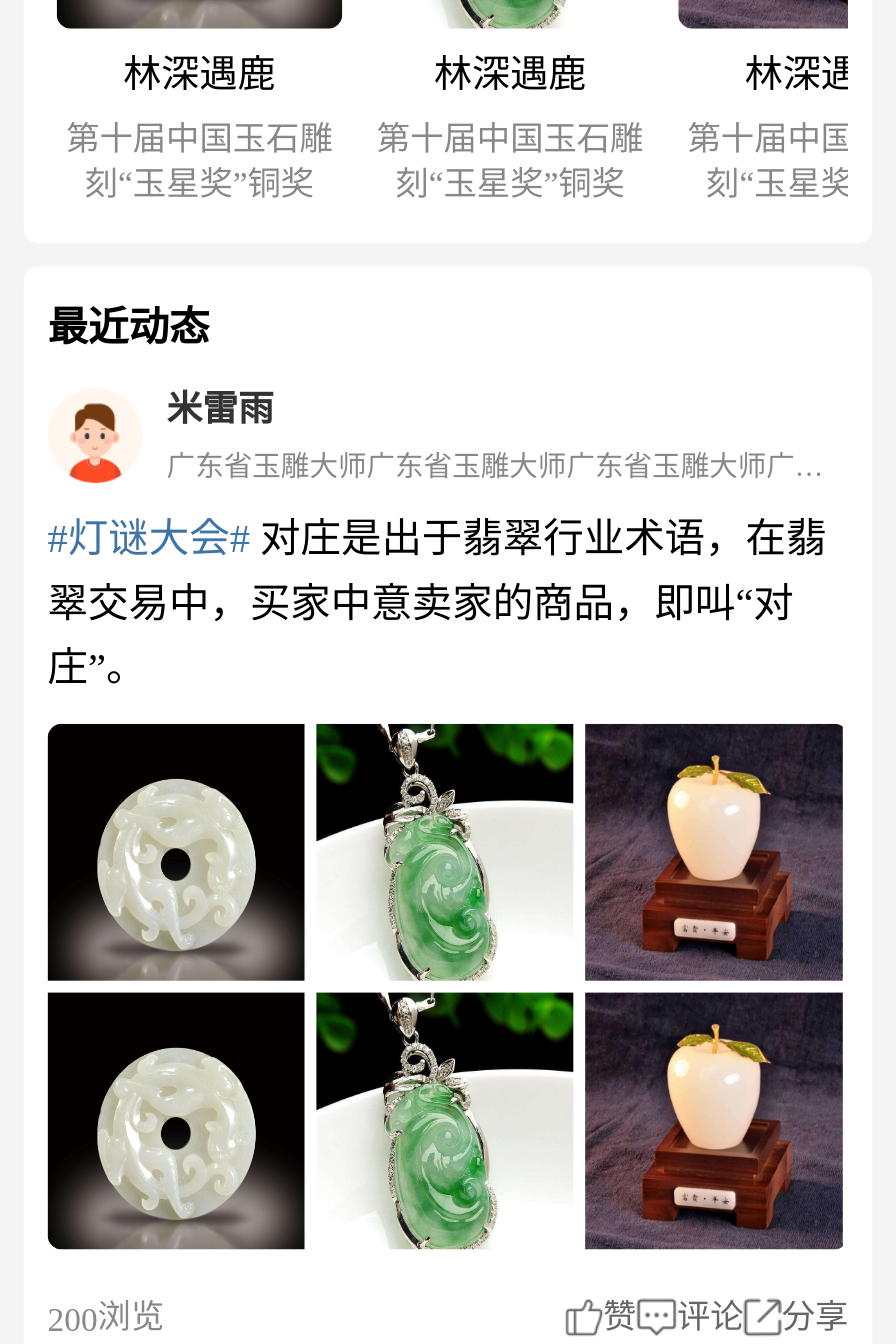
Repository: 1yanglulu/-
Page: html/jadecarvemaincenter.html
These files come from the project's save history. The page is drawn as it stood at one moment and after the next save; the edit follows.
The browser window is 1280 px wide. The pictures show the part of the page from y = 4580 to 6500 px (the page is 6957 px tall), at 70% of full size.

Above is the page before, as saved 2020-01-08 17:37:55.

### html/jadecarvemaincenter.html
<!DOCTYPE html>
<html lang="en">
<head>
  <meta charset="UTF-8">
  <meta name="viewport" content="width=device-width, user-scalable=no, initial-scale=1.0, maximum-scale=1.0, minimum-scale=1.0">
  <meta http-equiv="X-UA-Compatible" content="ie=edge">
  <title>玉雕师详情</title>
  <link rel="stylesheet" href="../css/common.css">
  <link rel="stylesheet" href="../js/swiper4.1.0/swiper-4.1.0.min.css">
  <link rel="stylesheet" href="../css/jadecarvemaincenter.css">
  <link rel="stylesheet" href="../css/jadehomepage.css">
  <link rel="stylesheet" href="../css/recentactive.css">
</head>
<body class="bac-color">
  <div class="jade-main-center  bac-color">
    <div class="top-banner">
      <img src="../images/mainbac.png" alt="" class="banner-bac">
    </div>
    <div class="avatar-box">
      <img src="../images/defaultImg.png" alt="" class="default-img">
      <div class="btn-box fn">
        <a href="javascript:void(0);" class="self-made">私人定制</a>
        <div class="follow-btn"><span class="add-icon">+</span>关注</div>
      </div>
      <div class="jade-name">
        米雷雨
      </div>
      <div class="jade-introduce fn">
        <img src="../images/vipicon.png" alt="vip" class="vip-icon">
        <span class="touxian">广东省玉石雕刻大师、中华玉雕高级师、广东省工艺美术师</span>
      </div>
      <div class="jade-hot-num">
        <span class="for-num">100</span>关注<span class="for-num">100</span>粉丝<span class="for-num">10992</span>收到的赞
      </div>
    </div>
    <div class="jade-tab clearfix">
      <div class="jade-tab-item fl  fn">
        <span>主页</span>
        <div class="tab-line"></div>
      </div>
      <div class="jade-tab-item fl  fn">
        <span>动态</span>
        <div class="tab-line"></div>
      </div>
      <div class="jade-tab-item fl  fn">
        <span>玉雕作品</span>
        <div class="tab-line"></div>
      </div>
      <div class="jade-tab-item fl  fn">
        <span>评价定制</span>
        <div class="tab-line"></div>
      </div>
    </div>
    <div id="home-page-con">
    </div>
    <div class="active-page-con">
    </div>
    <div class="jade-works-page-con">
    </div>
    <div class="jade-comment-made-page-con">
    </div>
    <div class="for-app-btn">
      <div class="inner-for-app-btn">打开APP查看更多内容</div>
    </div>
    <div class="download-app-tip">
      <img src="../images/logo.png">
      <span>打开对庄翡翠，查看更多玉雕师信息</span>
      <div>立即前往</div>
    </div>
  </div>
  <script src="../js/jquery-3.3.1.min.js"></script>
  <script src="../js/rem.js"></script>
  <!-- <script src="../js/swiper4.1.0/swiper-4.1.0.min.js"></script> -->
  <script>
    $(document).ready(function(){
  　　$("#home-page-con").load("./jadehomepage.html",function () {
        var sc =  document.createElement("script");
        sc.src= "../js/swiper4.1.0/swiper-4.1.0.min.js";
        $("body").append(sc);
        var mySwiper = new Swiper('.swiper-container', {
          autoplay: false,//可选选项，自动滑动
          slidesPerView: 2.6,
          spaceBetween: 10,
        })
      })
      $(".active-page-con").load("./recentactive.html")
    });
  </script>
  <script src="../js/jadecarvemaincenter.js"></script>
</body>
</html>

### css/common.css
h2,body,div,html,ul,li,a,img{
  margin: 0;
  padding: 0;
}
a,img{
  display:block;
}
.fn{
  font-size:0;
}
ul{
  margin-block-start: 0;
  margin-block-end: 0;
  padding-inline-start: 0;
}
ul li{
  list-style: none;
}
a{
  text-decoration: none;
}
.clearfix:after{/*伪元素是行内元素 正常浏览器清除浮动方法*/
  content: "";
  display: block;
  height: 0;
  clear:both;
  visibility: hidden;
}
.clearfix{
  *zoom: 1;/*ie6清除浮动的方式 *号只有IE6-IE7执行，其他浏览器不执行*/
}
.fl{
  float: left;
}
.fr{
  float:right;
}
.bac-color{
  /* background:rgb(248,248,248); */
  background: #f5f5f5;
}
.visible{
  overflow: visible;
}
.hidden{
  overflow: hidden;
}

### css/jadecarvemaincenter.css
.jade-main-center{
  width: 100%;
}
.top-banner{
  background: #fff;
}
.banner-bac{
  width: 100%;
  height: 4.2rem;
  display: block
}
.default-img{
  width: 1.6rem;
  height: 1.6rem;
}
.avatar-box{
  position: relative;
  background: #fff;
}
.default-img{
  position: absolute;
  left:.1rem;
  top:-.6rem;

}
.avatar-box{
  padding:0 .2rem 0.3rem;
}
.btn-box{
  text-align: right;
  padding: .3rem 0;
}
.self-made{
  display: inline-block;
  padding: 0 .24rem;
  text-align: center;
  line-height: .62rem;
  border: 1px solid #00C17B;
  border-radius:.33rem;
  background: #fff;
  font-size: .28rem;
  color: #00C17B;
  margin-right: .2rem;
}
.follow-btn{
  width: 1.6rem;
  height: .62rem;
  text-align: center;
  background: #00C17B;
  border-radius:.33rem;
  font-size: .28rem;
  color: #FFFFFF;
  display: inline-block;
}
.add-icon{
  font-size: .4rem;
  color: #FFFFFF;
  margin-right: .1rem;
}
.jade-name{
  font-size: .48rem;
  color: #333333;
  line-height: .58rem;
  text-align: left;
  margin-top: .08rem;
  font-weight: bold;
  margin-bottom: .3rem;
  background: #fff;
}
.jade-introduce{
  margin-bottom: .3rem;
  background: #fff;
}
.vip-icon{
  width: .32rem;
  height: .32rem;
  display: inline-block;
  margin-right: .1rem;
  vertical-align: middle;
}
.touxian{
  font-size: .32rem;
  color: #000000;
  line-height: .5rem;
  vertical-align: middle;
}
.jade-hot-num{
  font-size: .24rem;
  color: #888888;
  text-align: center;
  text-align: left;
  background: #fff;
}
.jade-hot-num .for-num{
  font-size: .36rem;
  color: #00C17B;
  text-align: center;
  font-weight: bold;
  margin-left: .3rem;
  vertical-align: bottom;
  line-height: 0.36rem;
  margin-right: .06rem;
}
.jade-hot-num .for-num:first-child{
  margin-left: 0;
}
.jade-tab{
  height: 1rem;
}
.jade-tab .jade-tab-item{
  width: 25%;
  height: 100%;
  text-align: center;
  padding-top: 0.2rem;
  box-sizing: border-box;
}
.jade-tab .jade-tab-item>span{
  display: block;
  height: 0.48rem;
  text-align: center;
  line-height: .48rem;
  margin-bottom: .08rem;
  font-size: .34rem;
  color: #666666;
}
.tab-line{
  width: .5rem;
  height: .05rem;
  background: #00C17B;
  display: inline-block;
}
.active-style{
  color:#00C17B
}
#home-page-con{
  padding:0 .2rem;
}
/*最近动态*/
.active-page-con{
  padding: 0 .2rem;
}
/*去往app提示按钮*/
.for-app-btn{
  padding: .2rem 0;
}
.inner-for-app-btn{
  width: 3.5rem;
  height: .7rem;
  line-height: 0.7rem;
  text-align: center;
  font-size: .28rem;
  color: #00C17B;
  border: 1px solid #00C17B;
  border-radius: .35rem;
  margin: 0 auto;
}
/*底部前往app固定弹窗提示*/
.download-app-tip{
  padding: .2rem;
  display: -webkit-box;
  display: -ms-flexbox;
  display: -webkit-flex;
  display: flex;
  -webkit-box-pack: center;
  -ms-flex-pack: center;
  -webkit-justify-content: center;
  justify-content: center;
  -webkit-box-align: center;
  -ms-flex-align: center;
  -webkit-align-items: center;
  align-items: center;
  background: rgba(0,0,0,0.60);
  box-sizing: border-box;

}
.download-app-tip>img{
  width: .8rem;
  height: .8rem;
    /* width:0.8rem;
    height: .8rem; */
}
.download-app-tip span{
  font-size: .26rem;
  color: #FFFFFF;
  margin: 0 .44rem 0 .2rem;
}
.download-app-tip div{
  width: 1.5rem;
  height: .52rem;
  line-height: .52rem;
  text-align: center;
  background: #00C17B;
  border-radius: 1rem;
  font-size: .26rem;
  color: #FFFFFF;
}

### css/jadehomepage.css
.bodyStyle{
  padding:0 .2rem;
}
.home-top{
  width: 100%;
  height: 1.6rem;
  background: #FFFFFF;
  border-radius: .12rem;
  margin-bottom: .2rem;
}
.live-bac{
  display: inline-block;
  width: 1.6rem;
  height: 100%;
  vertical-align: middle;
}
.live-con{
  height: 100%;
  width: 5.5rem;
  padding:.2rem;
  display: inline-block;
  vertical-align: middle;
  box-sizing: border-box;
}
.live-title{
  font-size: .32rem;
  color: #000000;
  letter-spacing: 0;
  margin-bottom: 0.48rem;
}
.live-status{
  display: inline-block;
  width: .94rem;
  height: .32rem;
}
.live-status>img{
  width: .18rem;
  height: .18rem;
  display: inline-block;
}
.live-visitor-num{
  display: inline-block;
  font-size: .22rem;
  color: #888888;
  vertical-align: middle;
}
.live-detail .prev-msg{
  padding: 0 .07rem;
  height: .32rem;
  line-height: .32rem;
  font-size: .2rem;
  color: #FFFFFF;
  display: inline-block;
  background: #966EFB;
  border-radius: .06rem;
  vertical-align: middle;
  margin-right: .08rem;
}
.live-detail>img{
  display: inline-block;
  width: .94rem;
  height: .32rem;
  vertical-align: middle;
  margin-right: .1rem;
}
.live-detail>a{
  display: inline-block;
  font-size: .28rem;
  color: #00C17B;
  text-align: center;
  line-height: .32rem;
}
/*个人信息*/
.self-information{
  background: #FFFFFF;
  border-radius: .12rem;
  padding:0.3rem .2rem 0;
  box-sizing: border-box;
  margin-bottom: .2rem;
}
.self-title{
  font-size: .34rem;
  color: #000000;
  letter-spacing: 0;
  line-height: .42rem;
  font-weight: bold;
}
.self-information .self-detail{
  margin:0 0 .3rem 0;
}
.self-information .self-detail .self-detail-item{
  padding:.3rem 0;
  border-bottom: 1px solid #dcdcdc;
}
.self-detail-item span:first-child{
  display: inline-block;
  width: 1.68rem;
  font-size: .28rem;
  color: #888888;
  letter-spacing: 0;
  text-align: left;
  vertical-align: middle;
}
.self-detail-item span:nth-child(2){
  display: inline-block;
  width: 4.7rem;
  font-size: .32rem;
  color: #000000;
  letter-spacing: 0;
  text-align: left;
  margin-left: .32rem;
  vertical-align: middle;
}
/* .self-detail-item:nth-child(3) span{
  vertical-align: top;
}
.self-detail-item:nth-child(4) span{
  vertical-align: top;
}
.self-detail-item:nth-child(5) span{
  vertical-align: top;
}
.self-detail-item:nth-child(6) span{
  vertical-align: top;
} */
.jade-experience{

}
.jade-experience .self-experience-con{
  font-size: .32rem;
  color: #000000;
  letter-spacing: 0;
  line-height: .5rem;
  margin: .25rem 0 .29rem;
  max-height: 2.5rem;
  overflow: hidden;
}
.jade-experience .self-experience-bom{
  padding: .3rem 0;
  text-align: center;
  border-top: 1px solid #dcdcdc;
}
.jade-experience .self-experience-bom>span{
  font-size: .28rem;
  color: #888888;
  text-align: center;
  vertical-align: middle;
}
.jade-experience .self-experience-bom>img{
width:.18rem;
height: .1rem;
display: inline-block;
vertical-align: middle;
}
/*获奖作品*/
.achive-works{
  /* width: 100%; */
  padding: 0 .2rem .3rem;
  background: #FFFFFF;
  border-radius: .12rem;
  position: relative;
  margin-bottom: .2rem;
}
.achive-title{
  padding: 0.3rem 0;
  position: relative;
}
.achive-title>a{
  position: absolute;
  font-size: .28rem;
  color: #00C17B;
  text-align: right;
  right: 0.2rem;
  top: 50%;
  transform: translateY(-50%);
}
.swiper-container{
  width: 100%;
}
.swiper-wrapper{
  /* max-width: 2.4rem !important; */
}
.swiper-slide{
  /* width: 2.4rem !important;
  margin-right: .2rem; */
  /* text-align: center;
  font-size: 18px;
  background: #fff; */
  display: -webkit-box;
  display: -ms-flexbox;
  display: -webkit-flex;
  display: flex;
  -webkit-box-pack: center;
  -ms-flex-pack: center;
  -webkit-justify-content: center;
  flex-flow:column;
  -ms-flex-flow: column;
  justify-content: center;
  -webkit-box-align: center;
  -ms-flex-align: center;
  -webkit-align-items: center;
  align-items: center;
}
.swiper-slide .achive-img{
  display: block;
  width: 2.4rem;
  height: 2.4rem;
  border-radius: .12rem;
  margin-bottom: 0.2rem;
}
.swiper-slide div:nth-child(2){
  display: block;
  font-size: .32rem;
  color: #000000;
  letter-spacing: 0;
  text-align: left;
  line-height: .38rem;
  margin-bottom: .16rem;
  max-width: 2.4rem;
  text-align: center;
  text-overflow: -o-ellipsis-lastline;
  overflow: hidden;
  text-overflow: ellipsis;
  display: -webkit-box;
  -webkit-line-clamp: 2;
  line-clamp: 2;
  -webkit-box-orient: vertical;
}
.swiper-slide div:nth-child(3){
  display: block;
  font-size: .28rem;
  color: #888888;
  letter-spacing: 0;
  text-align: center;
  line-height: .38rem;
  max-width: 2.4rem;
  text-align: center;
  text-overflow: -o-ellipsis-lastline;
  overflow: hidden;
  text-overflow: ellipsis;
  display: -webkit-box;
  -webkit-line-clamp: 2;
  line-clamp: 2;
  -webkit-box-orient: vertical;
}

### css/recentactive.css
.rencent-active-list{
  padding:0 .2rem;
  background: #fff;
  border-radius: .12rem;
}
.common-title-sty{
  padding: .3rem 0 0;
}
.rencent-con{

}
.rencent-con-item{
  padding:.3rem 0;
  border-bottom: 1px solid #DCDCDC;
}

.rencent-con-item .rencent-top-avatar>img{
  width: .8rem;
  height: .8rem;
  margin-right: .2rem;
  display: inline-block;
  vertical-align: middle;
}
.rencent-top-introduce{
  display: inline-block;
  vertical-align: middle;
}
.rencent-top-introduce div:first-child{
  font-size: .3rem;
  color: #333333;
  text-align: left;
  line-height: .36rem;
  font-weight: bold;
  margin-bottom: .16rem;
  max-width: 5.7rem;
  text-overflow: -o-ellipsis-lastline;
  overflow: hidden;
  text-overflow: ellipsis;
  white-space: nowrap;
}
.rencent-top-introduce div:nth-child(2){
  max-width: 5.7rem;
  font-size: .24rem;
  color: #888888;
  letter-spacing: 0;
  line-height: .28rem;
  text-overflow: -o-ellipsis-lastline;
  overflow: hidden;
  text-overflow: ellipsis;
  white-space: nowrap;
}
.rencent-con-item{
  font-size: .34rem;
  color: #000000;
  line-height: .54rem;
}
.rencent-introduce{
  margin: .2rem 0;
}
.rencent-introduce span:first-child{
  font-size: .34rem;
  color: #3E74A8;
  line-height: .4rem;
}
.rencent-introduce span:nth-child(2){
  font-size: .34rem;
  color: #000;
  line-height: .4rem;
}
/*如果显示图片，图片的样式*/
.recent-img-con{
  border-radius: .12rem;
  overflow: hidden;
  margin-bottom: .3rem;
}
.recent-img-con-item{
  margin-right: .1rem;
  margin-bottom: .1rem;
}
.recent-img-con-item:nth-child(3n){
  margin-right: 0;
}
.recent-img-con-item:nth-last-child(1),.recent-img-con-item:nth-last-child(2),.recent-img-con-item:nth-last-child(3){
  margin-bottom: 0;
}
.recent-img-con-item>img{
  width: 2.16rem;
  height: 2.16rem;
}
/*如果显示视频，视频的样式*/
.recent-video{
  width: 3rem;
  height: 4.05rem;
  position: relative;
  border-radius: .12rem;
  margin-bottom: .3rem;
}
.recent-video video{
  width: 3rem;
  height: 4.05rem;
}
.recent-video img:nth-child(2){
  width: 3rem;
  height: 4.05rem;
  position: absolute;
  top:0;
  left:0;
}
.recent-video img:nth-child(3){
  width:.8rem;
  height:.8rem;
  position: absolute;
  top:50%;
  left:50%;
  transform: translate(-50%,-50%);
  z-index: 1;
}
.recent-video span{
  font-size: .24rem;
  color: #FFFFFF;
  text-align: center;
  padding: 0 .18rem;
  line-height: .3rem;
  background: rgba(0, 0, 0, .5);
  border-radius: .19rem;
  position: absolute;
  right: .1rem;
  bottom: .1rem;
}
/*浏览量，点赞，评论，分享样式*/
.recent-data{

}
.look-num{
  display: inline-block;
  font-size: .28rem;
  color: #888888;
  letter-spacing: 0;
  vertical-align: middle;
  text-align: center;
}
.look-num>span{
  font-size: .28rem;
  color: #888888;
  letter-spacing: 0;
  vertical-align: middle;

}
.follow-num{
  display: inline-block;
  vertical-align: middle;
}
.recent-follow-item{
  text-align: center;
}
.recent-follow-item>img{
  display: inline-block;
  widows: .32rem;
  height: .32rem;
  vertical-align: middle;
}
.recent-follow-item span{
  font-size: .28rem;
  color: #666666;
  letter-spacing: 0;
  vertical-align: middle;
}

### js/rem.js
(function (doc, win) {
    var docEl = doc.documentElement,
        resizeEvt = 'orientationchange' in window ? 'orientationchange' : 'resize',
        recalc = function () {
            var clientWidth = docEl.clientWidth;
            if (!clientWidth) return;
            docEl.style.fontSize =Math.floor(100*(clientWidth / 750))+ 'px';
        };
    if (!doc.addEventListener) return;
    win.addEventListener(resizeEvt, recalc, false);
    doc.addEventListener('DOMContentLoaded', recalc, false);
})(document,window);

### html/jadehomepage.html
<div class="home-top fn">
  <img src="../images/yushi1.jpg" alt="直播间封面" class="live-bac">
  <div class="live-con fn">
    <div class="live-title">今晚做客直播间</div>
    <div class="live-detail fn clearfix">
      <img src="../images/livingicon.gif" alt="" style="display:none;">
      <div class="prev-msg">
        预告10月31日 18:00
      </div>
      <div class="live-visitor-num">1093观看</div>
      <a href="javascript:void(0);" class="fr" style="display:none;">进入直播间> </a>
    </div>
  </div>
</div>
<div class="self-information">
  <div class="self-title">个人信息</div>
  <div class="self-detail">
    <div class="self-detail-item fn">
      <span>出生年月</span><span>1988年10月</span>
    </div>
    <div class="self-detail-item fn">
      <span>性别</span><span>男</span>
    </div>
    <div class="self-detail-item fn">
      <span>出生地</span><span>河南郑州</span>
    </div>
    <div class="self-detail-item fn add-font-style">
      <span>代表作品</span><span>林深遇鹿、相看两不厌、林深遇鹿、相看两不厌</span>
    </div>
    <div class="self-detail-item fn">
      <span>擅长雕刻款式</span><span>摆件、挂件</span>
    </div>
    <div class="self-detail-item fn">
      <span>擅长雕刻题材</span><span>山水、人物</span>
    </div>
  </div>
  <div class="jade-experience">
    <div class="self-title">玉雕经历</div>
    <div class="self-experience-con">
      米雷雨，1988年出生于河南邓州，家族长辈多有从事玉雕者，自幼醉心于玉雕。米雷雨坚信通过自己对玉石雕刻的创新，
      和现代审美观念的相结合，其作品一定会得到更多翠友的认可和喜爱。，和现代审美观念的相结合，其作品一定会得到更多翠友的认可和喜爱。
    </div>
    <div class="self-experience-bom fn">
      <span>更多</span>
      <img src="../images/spreadout.png">
    </div>
  </div>
</div>
<div class="achive-works">
  <div class="achive-title fn">
    <div class="self-title">获奖作品</div>
    <a>查看更多 ></a>
  </div>
  <div class="swiper-container">
    <div class="swiper-wrapper">
      <div class="swiper-slide fl">
        <img src="../images/yushi1.jpg" class="achive-img">
        <div>林深遇鹿</div>
        <div>第十届中国玉石雕刻“玉星奖”铜奖</div>
      </div>
      <div class="swiper-slide fl">
        <img src="../images/yushi2.jpg" class="achive-img">
        <div>林深遇鹿</div>
        <div>第十届中国玉石雕刻“玉星奖”铜奖</div>
      </div>
      <div class="swiper-slide fl">
        <img src="../images/yushi3.jpg" class="achive-img">
        <div>林深遇鹿</div>
        <div>第十届中国玉石雕刻“玉星奖”铜奖</div>
      </div>
      <div class="swiper-slide fl">
        <img src="../images/yushi1.jpg" class="achive-img">
        <div>林深遇鹿</div>
        <div>第十届中国玉石雕刻“玉星奖”铜奖</div>
      </div>
      <div class="swiper-slide fl">
        <img src="../images/yushi2.jpg" class="achive-img">
        <div>林深遇鹿</div>
        <div>第十届中国玉石雕刻“玉星奖”铜奖</div>
      </div>
      <div class="swiper-slide fl">
        <img src="../images/yushi3.jpg" class="achive-img">
        <div>林深遇鹿</div>
        <div>第十届中国玉石雕刻“玉星奖”铜奖</div>
      </div>
    </div>
  </div>
  <!-- <div class="rencent-active">
    <div class="self-title">最近动态</div>

  </div> -->
</div>

### html/recentactive.html
<div class="rencent-active-list">
  <div class="self-title common-title-sty">最近动态</div>
  <ul class="rencent-con">
    <li class="rencent-con-item">
      <div class="rencent-top-avatar fn">
        <img src="../images/defaultImg.png" >
        <div class="rencent-top-introduce">
          <div>米雷雨</div>
          <div>广东省玉雕大师广东省玉雕大师广东省玉雕大师广东省玉雕大师</div>
        </div>
      </div>
      <div class="rencent-introduce">
        <span>#灯谜大会#</span>
        <span>对庄是出于翡翠行业术语，在翡翠交易中，买家中意卖家的商品，即叫“对庄”。 </span>
      </div>
      <ul class="recent-img-con clearfix">
        <li class="recent-img-con-item fl">
          <img src="../images/yushi1.jpg" alt="">
        </li>
        <li class="recent-img-con-item fl">
          <img src="../images/yushi2.jpg" alt="">
        </li>
        <li class="recent-img-con-item fl">
          <img src="../images/yushi3.jpg" alt="">
        </li>
        <li class="recent-img-con-item fl">
          <img src="../images/yushi1.jpg" alt="">
        </li>
        <li class="recent-img-con-item fl">
          <img src="../images/yushi2.jpg" alt="">
        </li>
        <li class="recent-img-con-item fl">
          <img src="../images/yushi3.jpg" alt="">
        </li>
      </ul>
      <div class="recent-video" style="display: none;">
        <video src="../images/normalvideo.mp4" autoplay></video>
        <img src="../images/yushi1.jpg" alt="">
        <img src="../images/playbtn.png" alt="">
        <span>04:02</span>
      </div>
      <div class="recent-data fn clearfix">
        <div class="look-num fl"><span>200</span>浏览</div>
        <div class="follow-num fn clearfix fr">
          <div class="recent-follow-item fl fn">
            <img src="../images/dianzan.png" >
            <span>赞</span>
          </div>
          <div class="recent-follow-item fl">
            <img src="../images/comment.png" >
            <span>评论</span>
          </div>
          <div class="recent-follow-item fl">
            <img src="../images/share.png" >
            <span>分享</span>
          </div>
        </div>
      </div>
    </li>
  </ul>
</div>

Loaded but not shown: js/swiper4.1.0/swiper-4.1.0.min.css (library); js/jquery-3.3.1.min.js (library); js/swiper4.1.0/swiper-4.1.0.min.js (library); js/jadecarvemaincenter.js (no stored copy; drawn as an empty file)

After the next save:
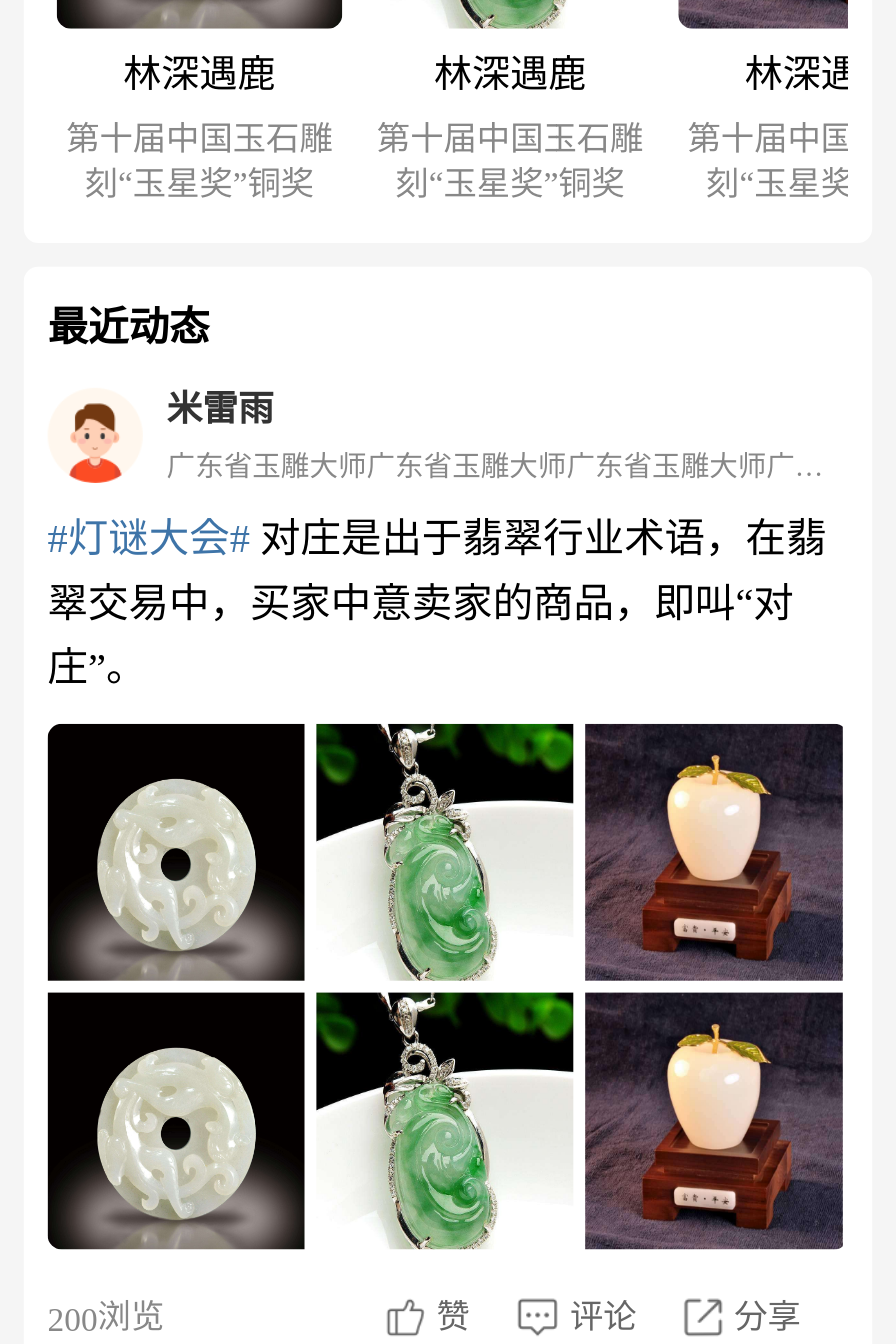
Saved 45 s later.
--- a/css/recentactive.css
+++ b/css/recentactive.css
@@ -152,12 +152,14 @@
 }
 .recent-follow-item{
   text-align: center;
+  margin-right: .4rem;
 }
 .recent-follow-item>img{
   display: inline-block;
   widows: .32rem;
   height: .32rem;
   vertical-align: middle;
+  margin-right: .1rem;
 }
 .recent-follow-item span{
   font-size: .28rem;
